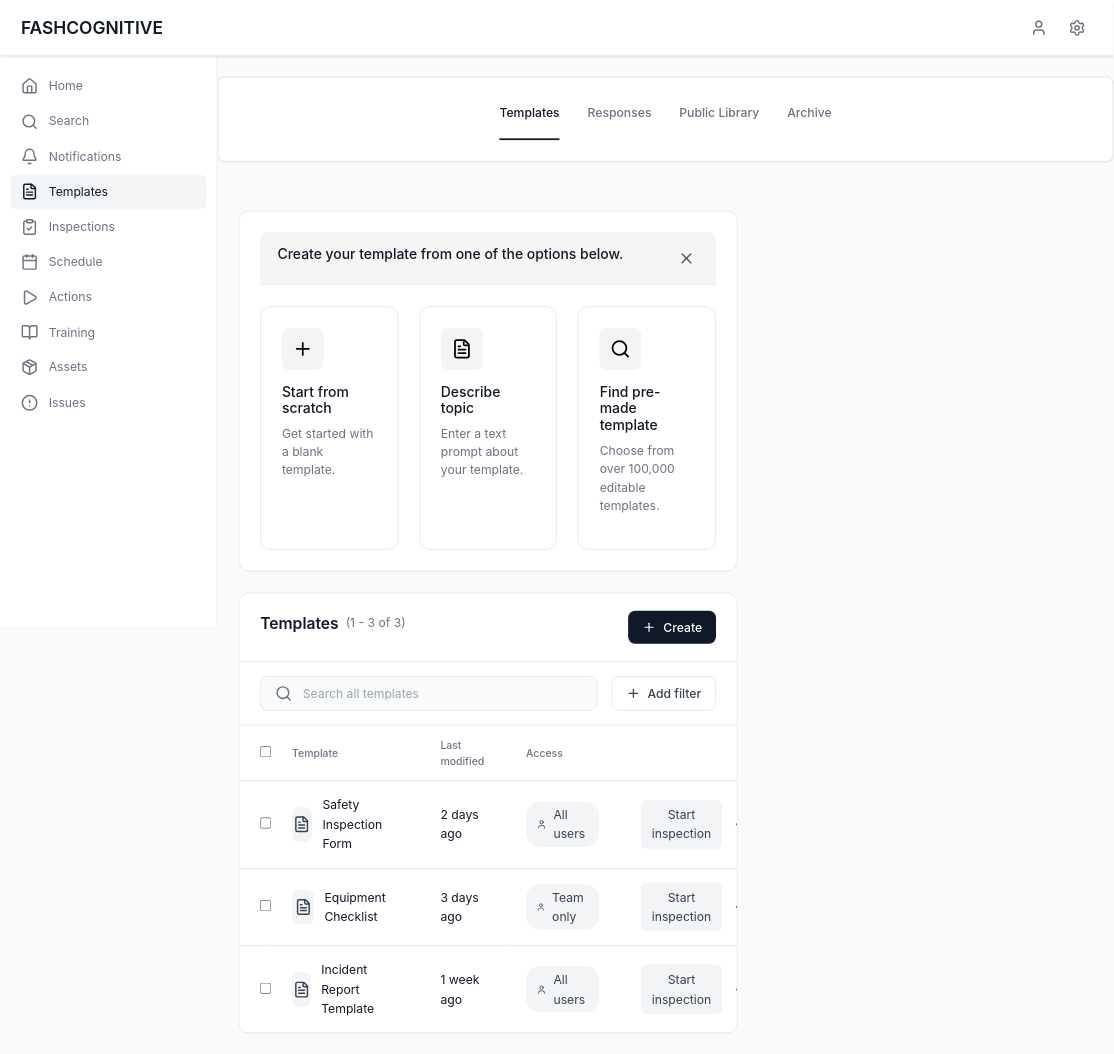
Repository: loganand612/fashcognitive-intern
Page: /template (app in fash/)
An editor plug-in stored every save of this project. The page is shown before and after the next save, followed by the edit.
The browser window is 1280 px wide. The pictures show the whole page, at 87% of full size.
The project was rebuilt for these pictures with package versions that can differ from the ones it lists, and the page was loaded fresh each time. Also part of the build but not shown: fash/src/pages/Login.css, fash/src/pages/Register.css, fash/src/pages/Home.tsx, fash/src/pages/Login.tsx, fash/src/pages/Register.tsx, fash/src/pages/Home2.tsx, fash/src/pages/Create_template.tsx, fash/src/pages/Dashboard.tsx. Imported but missing from the stored project, and not drawn on this page: fash/src/pages/assets/head1.mp4.

Above is the page before, as saved 2025-04-12 18:22:31.

### fash/src/index.tsx
import React from 'react';
import ReactDOM from 'react-dom/client';

// Import third-party styles first
import 'bootstrap/dist/css/bootstrap.min.css';
import '@fortawesome/fontawesome-free/css/all.min.css';

// Import page-specific styles last
import './pages/Home.css';
import './pages/Home2.css';
import './pages/Login.css';
import './pages/Register.css';
import './pages/Dashboard.css';
import './pages/Template.css';
import './pages/Create_template.css';

import App from './App';
import reportWebVitals from './reportWebVitals';

const root = ReactDOM.createRoot(
  document.getElementById('root') as HTMLElement
);
root.render(
  <React.StrictMode>
    <App />
  </React.StrictMode>
);

// If you want to start measuring performance in your app, pass a function
// to log results (for example: reportWebVitals(console.log))
// or send to an analytics endpoint. Learn more: https://bit.ly/CRA-vitals
reportWebVitals();

### fash/src/pages/Home.css
/* Reset & Base Styles */
* {
  margin: 0;
  padding: 0;
  box-sizing: border-box;
  font-family: -apple-system, BlinkMacSystemFont, 'Segoe UI', Roboto, sans-serif;
}

body {
  font-family: -apple-system, BlinkMacSystemFont, 'Segoe UI', Roboto, sans-serif;
  background-color: #f8f9fe;
  color: #1f2937;
  line-height: 1.5;
}

/* Layout */
.page-wrapper {
  min-height: 100vh;
  display: flex;
  flex-direction: column;
}

.content-wrapper {
  display: flex;
  flex: 1;
  position: relative;
}

/* Navigation */
.navbar {
  background: white;
  height: 64px;
  padding: 0 2rem;
  box-shadow: 0 1px 3px rgba(0,0,0,0.1);
  display: flex;
  align-items: center;
  justify-content: space-between;
  position: fixed;
  top: 0;
  left: 0;
  right: 0;
  z-index: 1000;
}

.logo {
  font-weight: bold;
  font-size: 1.5rem;
  color: #302d2d;
  text-decoration: none;
  transition: all 0.3s ease;
}

.logo:hover {
  color: #2563eb;
}

.nav-links {
  display: flex;
  gap: 1rem;
  align-items: center;
}

/* Buttons */
.btn {
  padding: 0.5rem 1rem;
  border-radius: 0.375rem;
  border: none;
  cursor: pointer;
  font-size: 0.875rem;
  font-weight: 500;
  text-decoration: none;
  transition: all 0.3s ease;
}

.btn-primary {
  background: #3b82f6;
  color: white;
}

.btn-primary:hover {
  background: #c0ceec;
}

.btn-secondary {
  background: #ffffff;
  border: 1px solid #e5e7eb;
  color: #4b5563;
}

.btn-secondary:hover {
  background: #d2d5da;
}

/* Language Selector */
.language-select {
  position: relative;
}

.language-btn {
  display: flex;
  align-items: center;
  gap: 0.5rem;
  padding: 0.5rem 1rem;
  border: 1px solid #e5e7eb;
  border-radius: 1.5rem;
  background: white;
  cursor: pointer;
  transition: all 0.3s ease;
}

.language-btn:hover {
  border-color: #3b82f6;
}

.language-dropdown {
  position: absolute;
  top: calc(100% + 0.5rem);
  right: 0;
  background: white;
  border-radius: 0.5rem;
  box-shadow: 0 4px 6px rgba(0,0,0,0.1);
  padding: 0.5rem 0;
  display: none;
  min-width: 150px;
  z-index: 1000;
}

.language-select:hover .language-dropdown {
  display: block;
}

.language-option {
  padding: 0.5rem 1rem;
  cursor: pointer;
  transition: all 0.3s ease;
}

.language-option:hover {
  background: #f8f9fe;
  color: #3b82f6;
}

/* Notification Badge */
.notification-badge {
  position: relative;
}

.notification-badge::after {
  content: '';
  position: absolute;
  top: -2px;
  right: -2px;
  width: 8px;
  height: 8px;
  background-color: #ef4444;
  border-radius: 50%;
  border: 2px solid white;
}

/* Sidebar */
.sidebar {
  width: 250px;
  background: white;
  height: calc(100vh - 64px);
  position: fixed;
  top: 64px;
  left: 0;
  padding: 1.5rem 1rem;
  border-right: 1px solid #e5e7eb;
  overflow-y: auto;
  z-index: 100;
}

.sidebar-link {
  display: flex;
  align-items: center;
  padding: 0.75rem 1rem;
  color: #4b5563;
  text-decoration: none;
  border-radius: 0.5rem;
  margin-bottom: 0.5rem;
  transition: all 0.3s ease;
}

.sidebar-link:hover {
  background: #f8f9fe;
  color: #3b82f6;
}

.sidebar-link.active {
  background: #3b82f6;
  color: white;
}

/* Main Content */
.main-content {
  margin-left: 250px;
  margin-top: 64px;
  padding: 5rem;
  width: calc(100% - 250px);
  min-height: calc(100vh - 64px);
}

.landing-content {
  display: flex;
  justify-content: space-between;
  align-items: center;
  gap: 4rem;
  max-width: 1200px;
  margin: 0 auto;
}

.content-left {
  flex: 1;
}

.content-left h1 {
  font-size: 2.5rem;
  color: #1f2937;
  margin-bottom: 2rem;
  line-height: 1.2;
}

.feature-list {
  list-style: none;
}

.feature-list li {
  display: flex;
  align-items: center;
  gap: 1rem;
  margin-bottom: 1rem;
  color: #4b5563;
}

.feature-list li::before {
  content: "";
  width: 20px;
  height: 20px;
  background: #3b82f6;
  border-radius: 50%;
  opacity: 0.2;
}

.qr-container {
  background: white;
  padding: 1rem;
  border-radius: 20px;
  box-shadow: 0 10px 15px rgba(0,0,0,0.1);
  transition: all 0.3s ease;
}

.qr-container:hover {
  transform: translateY(-5px);
  box-shadow: 0 4px 6px rgba(0,0,0,0.1);
}

.qr-code {
  width: 100%;
  max-width: 300px;
}

/* Footer */
.footer {
  background: white;
  padding: 5rem 7rem;
  margin-top: auto;
  margin-left: 250px;
}

.footer-content {
  max-width: 1500px;
  margin: 0 auto;
  display: grid;
  grid-template-columns: repeat(4, 1fr);
  gap: 2rem;
}

.footer-section h3 {
  color: #3b82f6;
  margin-bottom: 1rem;
  font-size: 1.1rem;
}

.footer-section ul {
  list-style: none;
}

.footer-section ul li {
  margin-bottom: 0.5rem;
}

.footer-section ul li a {
  color: #4b5563;
  text-decoration: none;
  transition: all 0.3s ease;
}

.footer-section ul li a:hover {
  color: #3b82f6;
}

.footer-bottom {
  max-width: 1200px;
  margin: 2rem auto 0;
  padding-top: 6rem;
  border-top: 1px solid #e5e7eb;
  text-align: center;
}

.store-buttons {
  display: flex;
  justify-content: center;
  gap: 1rem;
  margin-top: 1rem;
}

.store-buttons img {
  height: 40px;
  transition: all 0.3s ease;
}

.store-buttons img:hover {
  transform: translateY(-2px);
}

/* Mobile Menu Button */
.mobile-menu-btn {
  display: none;
  padding: 0.5rem;
  cursor: pointer;
  background: none;
  border: none;
}

/* Responsive Design */
@media (max-width: 1024px) {
  .sidebar {
      width: 200px;
  }

  .main-content {
      margin-left: 200px;
      width: calc(100% - 200px);
  }

  .footer {
      margin-left: 200px;
  }
}

@media (max-width: 768px) {
  .navbar {
      padding: 0 1rem;
  }

  .mobile-menu-btn {
      display: block;
  }

  .nav-links {
      display: none;
  }

  .nav-links.active {
      display: flex;
      flex-direction: column;
      position: absolute;
      top: 64px;
      left: 0;
      right: 0;
      background: white;
      padding: 1rem;
      box-shadow: 0 4px 6px rgba(0,0,0,0.1);
  }

  .sidebar {
      transform: translateX(-100%);
      transition: transform 0.3s ease;
  }

  .sidebar.active {
      transform: translateX(0);
  }

  .main-content,
  .footer {
      margin-left: 0;
      width: 100%;
  }

  .landing-content {
      flex-direction: column;
      text-align: center;
      padding: 1rem;
  }

  .content-left h1 {
      font-size: 2rem;
  }

  .footer-content {
      grid-template-columns: repeat(2, 1fr);
  }
}

@media (max-width: 480px) {
  .footer-content {
      grid-template-columns: 1fr;
  }
}

### fash/src/pages/Dashboard.css
.dashboard-container {
  display: flex;
  flex-direction: column;
  min-height: 100vh;
}

/* Navbar */
.navbar {
  position: fixed;
  top: 0;
  left: 0;
  right: 0;
  height: 64px;
  background: white;
  border-bottom: 1px solid #e5e7eb;
  display: flex;
  align-items: center;
  justify-content: space-between;
  padding: 0 24px;
  z-index: 50;
}

.navbar-brand {
  font-size: 20px;
  font-weight: 600;
}

.navbar-actions {
  display: flex;
  gap: 8px;
}

.nav-button {
  padding: 8px;
  background: none;
  border: none;
  border-radius: 8px;
  color: #6b7280;
  cursor: pointer;
  transition: all 0.2s;
}

.nav-button:hover {
  background-color: #f3f4f6;
  color: #111827;
}

.nav-icon {
  width: 20px;
  height: 20px;
}

/* Sidebar */
.sidebar {
  position: fixed;
  top: 64px;
  left: 0;
  width: 250px;
  height: calc(100vh - 64px);
  background: white;
  border-right: 1px solid #e5e7eb;
  padding: 16px 12px;
  overflow-y: auto;
}

.sidebar-nav {
  display: flex;
  flex-direction: column;
  gap: 2px;
}

.nav-link {
  display: flex;
  align-items: center;
  padding: 8px 12px;
  color: #6b7280;
  text-decoration: none;
  border-radius: 6px;
  transition: all 0.2s;
}

.nav-link:hover {
  background-color: #f3f4f6;
  color: #111827;
}

.nav-link .nav-icon {
  margin-right: 12px;
}

/* Main Content */
.main-content {
  margin-left: 250px;
  margin-top: 64px;
  padding: 32px;
  background-color: #f9fafb;
  min-height: calc(100vh - 64px);
}

/* Header Section */
.header-section {
  display: flex;
  justify-content: space-between;
  align-items: center;
  margin-bottom: 24px;
}

.page-title {
  font-size: 24px;
  font-weight: 600;
  color: #111827;
}

.user-tags {
  display: flex;
  align-items: center;
  gap: 8px;
}

.user-tag {
  display: flex;
  align-items: center;
  justify-content: center;
  min-width: 32px;
  height: 32px;
  padding: 0 12px;
  background-color: #f3f4f6;
  border-radius: 16px;
  font-size: 14px;
  font-weight: 500;
  color: #374151;
}

.user-count {
  display: flex;
  align-items: center;
  justify-content: center;
  height: 32px;
  padding: 0 12px;
  background-color: #f3f4f6;
  border-radius: 16px;
  font-size: 14px;
  font-weight: 500;
  color: #374151;
}

.add-user-button {
  height: 32px;
  padding: 0 16px;
  background-color: #111827;
  color: white;
  border: none;
  border-radius: 16px;
  font-size: 14px;
  font-weight: 500;
  cursor: pointer;
  transition: background-color 0.2s;
}

.add-user-button:hover {
  background-color: #1f2937;
}

/* Summary Cards */
.summary-cards {
  display: grid;
  grid-template-columns: repeat(3, 1fr);
  gap: 24px;
  margin-bottom: 32px;
}

.summary-card {
  background: white;
  border: 1px solid #e5e7eb;
  border-radius: 12px;
  padding: 24px;
  display: flex;
  align-items: center;
  justify-content: space-between;
}

.card-content {
  display: flex;
  align-items: center;
  gap: 16px;
}

.card-icon {
  width: 48px;
  height: 48px;
  background: #f3f4f6;
  border-radius: 8px;
  display: flex;
  align-items: center;
  justify-content: center;
}

.card-icon .icon {
  width: 24px;
  height: 24px;
  color: #374151;
}

.card-info {
  display: flex;
  flex-direction: column;
}

.card-count {
  font-size: 24px;
  font-weight: 600;
  color: #111827;
  line-height: 1.2;
}

.card-label {
  font-size: 14px;
  color: #6b7280;
}

.card-sublabel {
  font-size: 12px;
  color: #9ca3af;
  margin-top: 2px;
}

.card-arrow {
  width: 20px;
  height: 20px;
  color: #9ca3af;
}

/* Recent Activity */
.recent-activity {
  background: white;
  border: 1px solid #e5e7eb;
  border-radius: 12px;
  overflow: hidden;
}

.section-title {
  font-size: 18px;
  font-weight: 600;
  color: #111827;
  padding: 20px 24px;
  border-bottom: 1px solid #e5e7eb;
}

.activity-list {
  display: flex;
  flex-direction: column;
}

.activity-item {
  display: flex;
  align-items: center;
  justify-content: space-between;
  padding: 16px 24px;
  border-bottom: 1px solid #e5e7eb;
}

.activity-item:last-child {
  border-bottom: none;
}

.activity-info {
  display: flex;
  flex-direction: column;
  gap: 4px;
}

.activity-title {
  font-size: 14px;
  font-weight: 500;
  color: #111827;
}

.activity-meta {
  display: flex;
  gap: 16px;
}

.meta-type,
.meta-date {
  font-size: 14px;
  color: #6b7280;
}

.status-badge {
  padding: 4px 12px;
  border-radius: 16px;
  font-size: 14px;
  font-weight: 500;
}

.status-badge.completed {
  background-color: #f3f4f6;
  color: #111827;
}

.status-badge.in-progress {
  background-color: #f3f4f6;
  color: #6b7280;
}

/* Responsive */
@media (max-width: 1024px) {
  .summary-cards {
    grid-template-columns: repeat(2, 1fr);
  }
}

@media (max-width: 768px) {
  .summary-cards {
    grid-template-columns: 1fr;
  }

  .sidebar {
    width: 64px;
  }

  .nav-link span {
    display: none;
  }

  .main-content {
    margin-left: 64px;
  }
}

### fash/src/pages/Template.css
.app-container {
  min-height: 100vh;
  display: flex;
  flex-direction: column;
  background-color: #f9fafb;
}

/* Navbar */
.navbar {
  position: fixed;
  top: 0;
  left: 0;
  right: 0;
  height: 64px;
  background: white;
  border-bottom: 1px solid #e5e7eb;
  display: flex;
  align-items: center;
  justify-content: space-between;
  padding: 0 24px;
  z-index: 50;
}

.navbar-brand {
  font-size: 20px;
  font-weight: 600;
  color: #111827;
}

.navbar-actions {
  display: flex;
  gap: 8px;
}

.nav-button {
  padding: 8px;
  background: none;
  border: none;
  border-radius: 8px;
  color: #6b7280;
  cursor: pointer;
  transition: all 0.2s;
  display: flex;
  align-items: center;
  justify-content: center;
}

.nav-button:hover {
  background-color: #f3f4f6;
  color: #111827;
}

/* Sidebar */
.sidebar {
  position: fixed;
  top: 64px;
  left: 0;
  width: 250px;
  height: calc(100vh - 64px);
  background: white;
  border-right: 1px solid #e5e7eb;
  padding: 16px 12px;
  overflow-y: auto;
  z-index: 40;
}

.sidebar-nav {
  display: flex;
  flex-direction: column;
  gap: 2px;
}

.nav-link {
  display: flex;
  align-items: center;
  gap: 12px;
  padding: 8px 12px;
  color: #6b7280;
  text-decoration: none;
  border-radius: 6px;
  transition: all 0.2s;
  font-size: 14px;
}

.nav-link:hover {
  background-color: #f3f4f6;
  color: #111827;
}

.nav-link.active {
  background-color: #f3f4f6;
  color: #111827;
}

/* Main Content */
.template-container {
  margin-left: 250px;
  margin-top: 64px;
  min-height: calc(100vh - 64px);
  background-color: #f9fafb;
  flex: 1;
  display: flex;
  flex-direction: column;
}

.template-header {
  position: sticky;
  top: 64px;
  background-color: white;
  border-bottom: 1px solid #e5e7eb;
  z-index: 30;
  margin-bottom: 0;
  width: 100%;
}

.template-tabs {
  max-width: 1200px;
  margin: 0 auto;
  display: flex;
  gap: 32px;
  padding: 0 32px;
  height: 48px; /* Fixed height for the tabs */
  align-items: center;
}

.tab {
  padding: 0 0 14px 0;
  font-size: 14px;
  font-weight: 500;
  color: #6b7280;
  background: none;
  border: none;
  border-bottom: 2px solid transparent;
  cursor: pointer;
  transition: all 0.2s;
  height: 100%;
  display: flex;
  align-items: center;
}

.tab:hover {
  color: #111827;
}

.tab.active {
  color: #111827;
  border-bottom-color: #111827;
}

.template-content {
  max-width: 1200px;
  width: 100%;
  margin: 0 auto;
  padding: 16px 32px;
  flex: 1;
}

/* Creation Section */
.creation-section {
  background: white;
  border-radius: 12px;
  border: 1px solid #e5e7eb;
  margin-top: 0;
  margin-bottom: 24px;
  padding: 24px;
  width: 100%;
}

.section-header {
  display: flex;
  justify-content: space-between;
  align-items: center;
  margin-bottom: 24px;
  width: 100%;
}

.section-header h2 {
  font-size: 16px;
  font-weight: 500;
  color: #111827;
}

.close-button {
  padding: 8px;
  background: none;
  border: none;
  border-radius: 8px;
  color: #6b7280;
  cursor: pointer;
  transition: all 0.2s;
  display: flex;
  align-items: center;
  justify-content: center;
}

.close-button:hover {
  background-color: #f3f4f6;
  color: #111827;
}

.creation-options {
  display: grid;
  grid-template-columns: repeat(3, 1fr);
  gap: 24px;
  width: 100%;
}

.option-card {
  background: white;
  border: 1px solid #e5e7eb;
  border-radius: 12px;
  padding: 24px;
  cursor: pointer;
  transition: all 0.2s;
  height: 100%;
  display: flex;
  flex-direction: column;
}

.option-card:hover {
  border-color: #9ca3af;
}

.option-icon {
  width: 48px;
  height: 48px;
  background: #f3f4f6;
  border-radius: 8px;
  display: flex;
  align-items: center;
  justify-content: center;
  margin-bottom: 16px;
  flex-shrink: 0;
}

.option-card h3 {
  font-size: 16px;
  font-weight: 500;
  color: #111827;
  margin-bottom: 8px;
  margin-top: 0;
}

.option-card p {
  font-size: 14px;
  color: #6b7280;
  line-height: 1.5;
}

/* Templates Section */
.templates-section {
  background: white;
  border-radius: 12px;
  border: 1px solid #e5e7eb;
  overflow: hidden;
  width: 100%;
  margin-top: 0;
}

.templates-header {
  display: flex;
  justify-content: space-between;
  align-items: center;
  padding: 20px 24px;
  border-bottom: 1px solid #e5e7eb;
  width: 100%;
}

.templates-header h2 {
  font-size: 18px;
  font-weight: 600;
  color: #111827;
  display: flex;
  align-items: center;
  gap: 8px;
}

.count {
  font-size: 14px;
  font-weight: normal;
  color: #6b7280;
}

.create-button {
  display: flex;
  align-items: center;
  gap: 8px;
  padding: 8px 16px;
  background-color: #111827;
  color: white;
  border: none;
  border-radius: 8px;
  font-size: 14px;
  font-weight: 500;
  cursor: pointer;
  transition: background-color 0.2s;
}

.create-button:hover {
  background-color: #1f2937;
}

.search-controls {
  display: flex;
  gap: 16px;
  padding: 16px 24px;
  border-bottom: 1px solid #e5e7eb;
  width: 100%;
}

.search-field {
  flex: 1;
  display: flex;
  align-items: center;
  gap: 12px;
  padding: 8px 16px;
  background: #f9fafb;
  border: 1px solid #e5e7eb;
  border-radius: 8px;
  height: 40px;
}

.search-icon {
  color: #6b7280;
}

.search-field input {
  flex: 1;
  border: none;
  background: none;
  font-size: 14px;
  color: #111827;
  outline: none;
}

.search-field input::placeholder {
  color: #9ca3af;
}

.filter-button {
  display: flex;
  align-items: center;
  gap: 8px;
  padding: 8px 16px;
  background: white;
  border: 1px solid #e5e7eb;
  border-radius: 8px;
  font-size: 14px;
  font-weight: 500;
  color: #374151;
  cursor: pointer;
  transition: all 0.2s;
  height: 40px;
  white-space: nowrap;
}

.filter-button:hover {
  background: #f9fafb;
  border-color: #9ca3af;
}

/* Table Styles */
.templates-table {
  width: 100%;
  overflow-x: auto;
}

table {
  width: 100%;
  border-collapse: collapse;
}

th {
  padding: 12px 24px;
  font-size: 12px;
  font-weight: 500;
  color: #6b7280;
  text-align: left;
  border-bottom: 1px solid #e5e7eb;
}

td {
  padding: 16px 24px;
  font-size: 14px;
  color: #111827;
  border-bottom: 1px solid #e5e7eb;
}

.checkbox-column {
  width: 48px;
  padding-right: 0;
}

.template-cell {
  display: flex;
  align-items: center;
  gap: 12px;
}

.template-icon {
  width: 40px;
  height: 40px;
  background: #f3f4f6;
  border-radius: 8px;
  display: flex;
  align-items: center;
  justify-content: center;
  color: #374151;
}

.access-badge {
  display: inline-flex;
  align-items: center;
  gap: 8px;
  padding: 4px 12px;
  background: #f3f4f6;
  border-radius: 16px;
  font-size: 14px;
  color: #374151;
}

.action-buttons {
  display: flex;
  align-items: center;
  gap: 8px;
}

.start-inspection {
  padding: 6px 12px;
  background: #f3f4f6;
  border: none;
  border-radius: 6px;
  font-size: 14px;
  color: #374151;
  cursor: pointer;
  transition: all 0.2s;
}

.start-inspection:hover {
  background: #e5e7eb;
}

.more-options {
  padding: 6px;
  background: none;
  border: none;
  border-radius: 6px;
  color: #6b7280;
  cursor: pointer;
  transition: all 0.2s;
  display: flex;
  align-items: center;
  justify-content: center;
}

.more-options:hover {
  background: #f3f4f6;
  color: #374151;
}

/* Responsive */
@media (max-width: 1024px) {
  .creation-options {
    grid-template-columns: repeat(2, 1fr);
  }
}

@media (max-width: 768px) {
  .creation-options {
    grid-template-columns: 1fr;
  }

  .template-tabs {
    gap: 16px;
    padding: 0 16px;
  }

  .template-content {
    padding: 16px;
  }
}

### fash/src/App.tsx
import { BrowserRouter as Router, Route, Routes } from 'react-router-dom';
import Home from './pages/Home';
import Login from './pages/Login';
import Register from './pages/Register';
import Home2 from './pages/Home2';
import Create_template from './pages/Create_template';
import Dashboard from './pages/Dashboard';
import Template from './pages/Template_page';

function App() {
    return (
        <div className="app-container">
            <Router>
                <div className="page-container">
                    <div className="content-container">
                        <Routes>
                            <Route path="/" element={<Home2 />} />
                            <Route path="/login" element={<Login />} />
                            <Route path="/register" element={<Register />} />
                            <Route path="/homee" element={<Home />} />
                            <Route path="/ct" element={<Create_template />} />
                            <Route path="/dashboard" element={<Dashboard />} />
                            <Route path="template" element={<Template />} />
                        </Routes>
                    </div>
                </div>
            </Router>
        </div>
    );
}

export default App;

### fash/src/reportWebVitals.ts
import { onCLS, onFID, onFCP, onLCP, onTTFB } from 'web-vitals';

const reportWebVitals = (onPerfEntry?: (metric: any) => void) => {
  if (onPerfEntry && onPerfEntry instanceof Function) {
    onCLS(onPerfEntry);
    onFID(onPerfEntry);
    onFCP(onPerfEntry);
    onLCP(onPerfEntry);
    onTTFB(onPerfEntry);
  }
};

export default reportWebVitals;

Loaded but not shown: fash/public/index.html (common file); fash/src/pages/Create_template.css (2714 lines, source omitted); fash/src/pages/Home2.css (1263 lines, source omitted); fash/src/pages/Template_page.tsx (192 lines, source omitted)

After the next save:
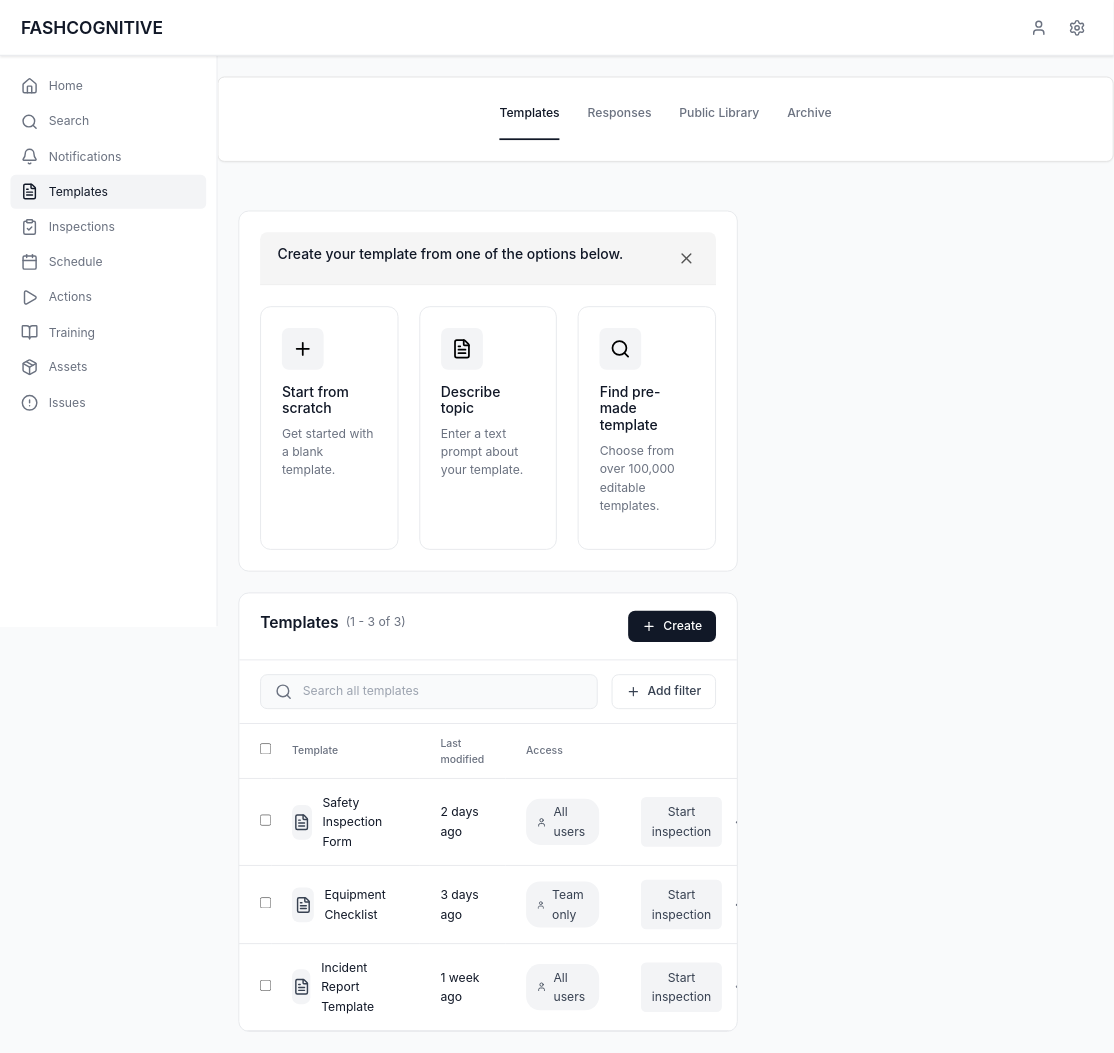
Saved 12 s later.
--- a/fash/src/pages/Template.css
+++ b/fash/src/pages/Template.css
@@ -294,6 +294,8 @@
   font-weight: 500;
   cursor: pointer;
   transition: background-color 0.2s;
+  text-decoration: none;
+  height: 36px;
 }
 
 .create-button:hover {
